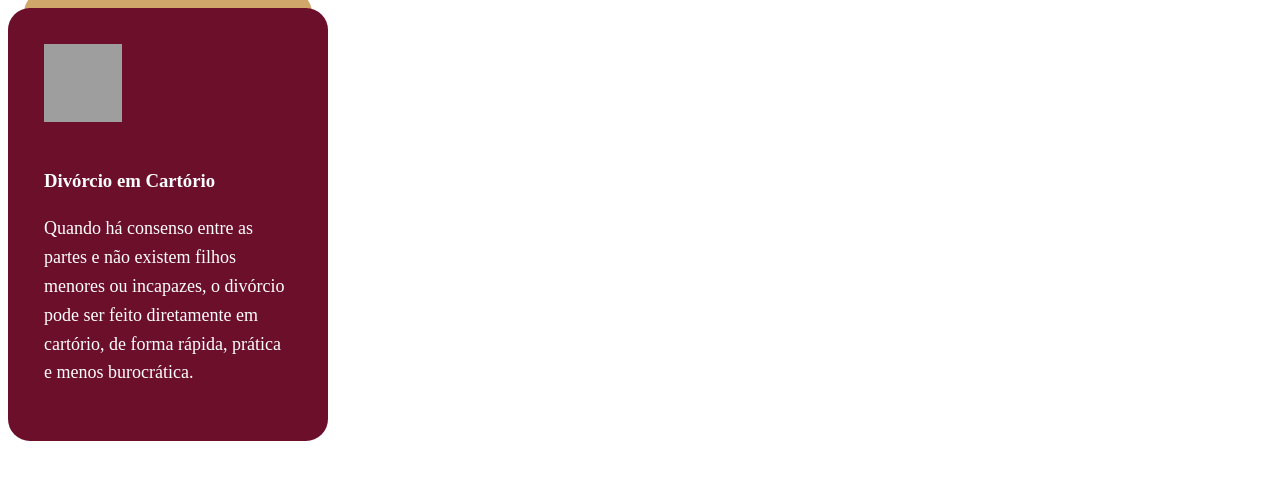
Repository: EmanuelVieiira/landing-page-advocacia
Page: teste.html
The author's editor kept a copy of each file at every save. The page is drawn from the files as they stood at one save, then again after a run of saves.
The browser window is 1280 px wide. The pictures show the whole page.
Pictures or frames that could not be fetched are drawn as grey boxes.

Above is the page before, as saved 2026-02-04 23:12:27.

After the next 3 saves:
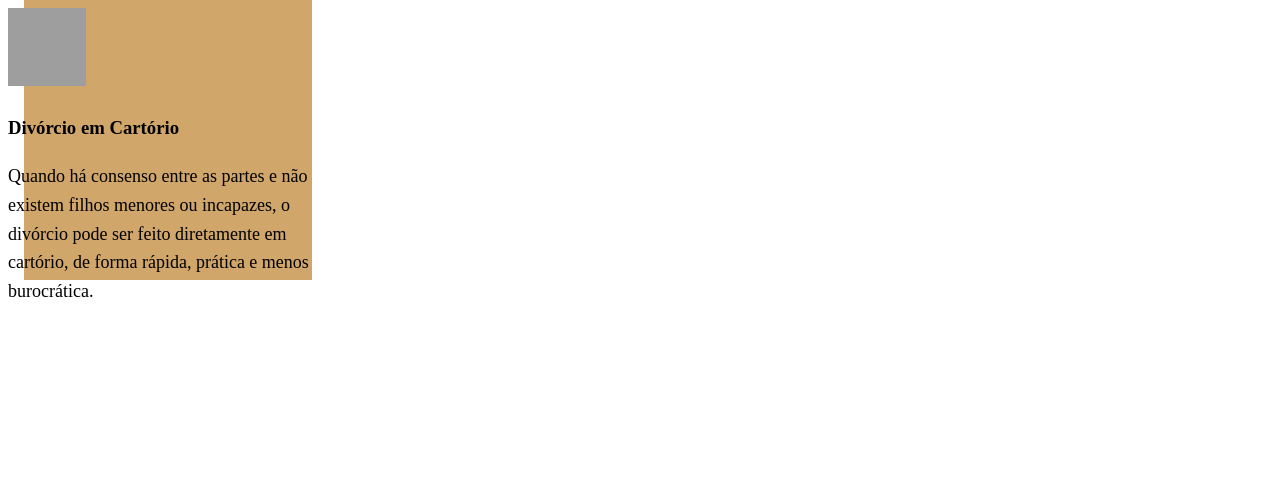
The 3 saves are shown as one change because they came seconds apart.
The last was saved 22 s later.
--- a/teste.html
+++ b/teste.html
@@ -20,6 +20,7 @@
   height: 78px;
   margin-bottom: 1px;
 }
+.text h
 .content {
   display: flex;
   flex-direction: column;

After the 2 saves that followed:
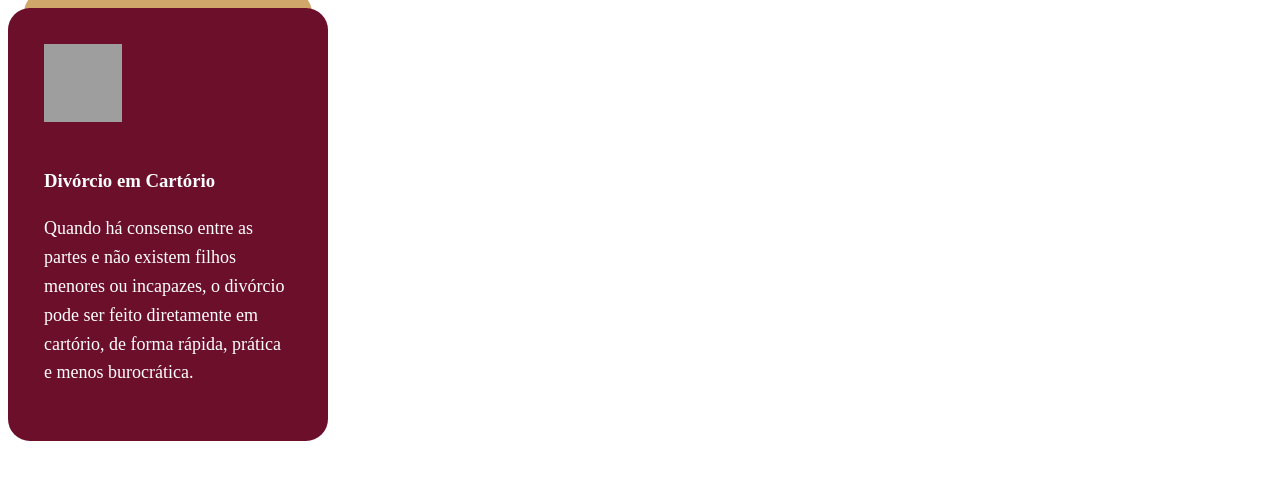
The 2 saves are shown as one change because 1 left the picture as it was.
The last was saved 8 s later.
--- a/teste.html
+++ b/teste.html
@@ -20,7 +20,9 @@
   height: 78px;
   margin-bottom: 1px;
 }
-.text h
+.text h1`{
+
+}
 .content {
   display: flex;
   flex-direction: column;
